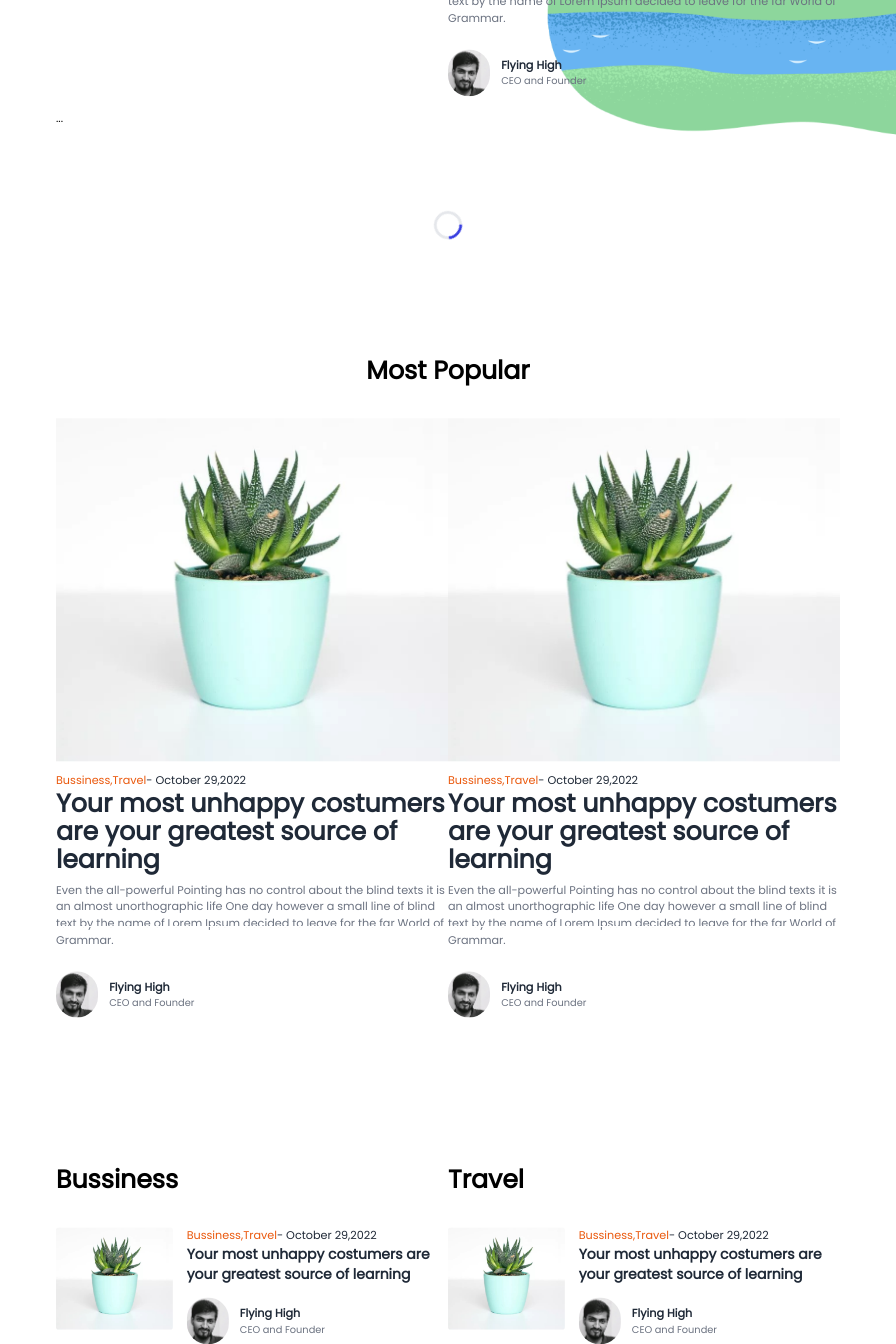
Repository: Abhi2359/Aayurgyan
Page: /
An editor plug-in stored every save of this project. The page is shown before and after the next save, followed by the edit.
The browser window is 1280 px wide. The pictures show the part of the page from y = 612 to 2532 px (the page is 4076 px tall before and 3948 px after), at 70% of full size.
The page's requests for data from a server got no answer. The project was rebuilt for these pictures with package versions that can differ from the ones it lists, and the page was loaded fresh each time. The framework's server and built-in components were replaced by stand-ins that run in the browser. No one was signed in, and anything a server would have sent is missing. Also part of the build but not shown: next.config.js.

Above is the page before, as saved 2022-11-13 18:55:44.

### styles/globals.css
@import url('https://fonts.googleapis.com/css2?family=Poppins&family=Roboto:wght@300;400;500;700;900&display=swap');

@tailwind base;
@tailwind components;
@tailwind utilities;



*>*{
  font-family: 'Poppins', sans-serif;
}
a {
  color: inherit;
  text-decoration: none;
}

* {
  box-sizing: border-box;
}

.input-text{
  @apply mt-1 block w-60 px-3 py-2 bg-white border border-slate-300 rounded-full text-sm shadow-sm placeholder-slate-500;
  @apply focus:outline-none focus:border-sky-500 focus:ring-1 focus:ring-sky-500
}

.loader{
  @apply border-gray-200 rounded-full border-4 ease-linear h-10 w-10;
  border-top-color: #363ce0;
  animation: spinner 1.2s linear infinite;
}

@keyframes spinner{
  0%{transform: rotate(0deg);  }
  100%{transform: rotate(360deg);}
}

### layout/format.js
import Header from "../components/Header"
import Footer from "../components/footer"
import Head from "next/head"


export default function Format({children}){
    return(
       <>
       <Head>
        <title>Blog</title>
       </Head>
       <Header></Header>
       <main>{children}</main>
       <Footer></Footer>
       </>
    )
}

### components/section1.js
import Image from 'next/image'
import Link from 'next/link'
import Author from './_child/author'
import { Swiper, SwiperSlide } from 'swiper/react';
import SwiperCore ,{Autoplay} from 'swiper';
import 'swiper/css';



export default function Section1() {

    SwiperCore.use([Autoplay])


    const bg={
        background:"url('/images/banner.png') no-repeat",
        backgroundPosition:"right"
    }



  return (
    <section className="py-16 "style={bg}>
   <div className="container mx-auto md:px-20">
    <h1 className="font-bold text-4xl pb-12 text-center">Trending</h1>
    <Swiper

      slidesPerView={1}
      loop={true}
      autoplay={
        {
            delay:5000
        }
      }

    >
      <SwiperSlide>  {Slide( )}</SwiperSlide>
      <SwiperSlide>  {Slide( )}</SwiperSlide>
      <SwiperSlide>  {Slide( )}</SwiperSlide>
      <SwiperSlide>  {Slide( )}</SwiperSlide>
      <SwiperSlide>  {Slide( )}</SwiperSlide>

      ...
    </Swiper>



   </div>
    </section>
  )
}

function Slide(){
    return(
        <div className="grid md:grid-cols-2">
           <div className="image"  >
            <Link href={"/"}>  <Image src={"/images/tulsi.jpg"}  width={600} height={600}/></Link>

           </div>
           <div className="info flex justify-center flex-col">
            <div className="cat">
                <Link href={"/"} className="text-orange-600 hover:text-orange-800">Bussiness,Travel</Link>
                <Link href={"/"} className="text-gray-800 hover:text-gray-600">- October 29,2022</Link>
            </div>
            <div className='title'>
        <Link href={"/"} className="text-3xl md:text-6xl font-bold text-gray-800 hover:text-gray-600">Your most unhappy costumers are your greatest source of learning</Link>
            </div>
            <p className='text-gray-500  py-3'>
            Even the all-powerful Pointing has no control about the blind texts it is an almost unorthographic life One day however a small line of blind
            text by the name of Lorem Ipsum decided to leave for the far World of Grammar.
            </p>
            <Author></Author>
           </div>
        </div>
    )
}

### components/section2.js
import Link from 'next/link'
import Image from 'next/image'
import Author from './_child/author'
import fetcher from '../lib/fetcher'
import Spinner from './_child/spinner'



export default function Section2() {
  const{data,isLoading,isError}=fetcher('api/posts')

  if(true) return <Spinner></Spinner>;
  if(isError) return <div>Error</div>

  return (
    <section className="container mx-auto md:px-20 py-10">
    <h1 className="font-bold text-4xl py-12 text-center">Latest Posts</h1>

    {/* grid columns */}
    <div className="grid md:grid-cols-2 lg:grid-cols-3 gap-14">
    {
                data.map((value, index) => (
                    <Post data={value} key={index}></Post>
                ))
            }
    </div>
    </section>
  )
}


function Post({data}) {

  const{id,title,category,img,published,author}=data;

    return(
      <div className="item">
        <div className="images">
        <Link href={"/"}>  <Image src={img || "/"}  width={500} height={350} className="rounded"/></Link>
        </div>
        <div className="info flex justify-center flex-col py-4">
        <div className="cat">
                <Link href={"/"} className="text-orange-600 hover:text-orange-800">{category ||"Unknown"}</Link>
                <Link href={"/"} className="text-gray-800 hover:text-gray-600">-{published ||"Unknown"}</Link>
            </div>
            <div className='title'>
        <Link href={"/"} className="text-xl  font-bold text-gray-800 hover:text-gray-600">{title ||"Title"}</Link>
            </div>
            <p className='text-gray-500  py-3'>
            Even the all-powerful Pointing has no control about the blind texts it is an almost unorthographic life One day however a small line of blind
            text by the name of Lorem Ipsum decided to leave for the far World of Grammar.
            </p>
            {author? <Author></Author>:<></>}
        </div>
      </div>
    )
}

### components/section3.js

import { Swiper ,SwiperSlide } from 'swiper/react';
import Link from 'next/link'
import Image from 'next/image'
import Author from './_child/author'
export default function Section3() {
  return (
    <section className="container mx-auto md:px-20 py-16">
        <h1 className="font-bold text-4xl py-12 text-center">Most Popular</h1>

        {/* Swiper */}
     <Swiper  slidesPerView={2}
     >


      <SwiperSlide>{Post()}</SwiperSlide>
      <SwiperSlide>{Post()}</SwiperSlide>
      <SwiperSlide>{Post()}</SwiperSlide>
      <SwiperSlide>{Post()}</SwiperSlide>
      <SwiperSlide>{Post()}</SwiperSlide>
     </Swiper>
    </section>
  )
}



function Post() {
  return(
    <div className="grid">
      <div className="images">
      <Link href={"/"}>  <Image src={"/images/img1.jpg"}  width={600} height={400} /></Link>
      </div>
      <div className="info flex justify-center flex-col py-4">

          <div className="cat">
              <Link href={"/"} className="text-orange-600 hover:text-orange-800">Bussiness,Travel</Link>
              <Link href={"/"} className="text-gray-800 hover:text-gray-600">- October 29,2022</Link>
          </div>
          <div className='title'>
      <Link href={"/"} className="text-3xl md:text-4xl font-bold text-gray-800 hover:text-gray-600">Your most unhappy costumers are your greatest source of learning</Link>
          </div>
          <p className='text-gray-500  py-3'>
          Even the all-powerful Pointing has no control about the blind texts it is an almost unorthographic life One day however a small line of blind
          text by the name of Lorem Ipsum decided to leave for the far World of Grammar.
          </p>
          <Author></Author>
      </div>
    </div>
  )
}

### components/section4.js
import Link from 'next/link'
import Image from 'next/image'
import Author from './_child/author'

export default function Section4() {
  return (
    <section className="container mx-auto md:px-20 py-16">
       <div className="grid lg:grid-cols-2">
        <div className="item">
        <h1 className="font-bold text-4xl py-12 ">Bussiness</h1>
        <div className="flex flex-col gap-6">
           {Post()}
           {Post()}
           {Post()}
           {Post()}
           {Post()}
        </div>

        </div>
        <div className="item">
        <h1 className="font-bold text-4xl py-12 ">Travel</h1>
           {Post()}
           {Post()}
           {Post()}
           {Post()}
           {Post()}

        </div>
       </div>
    </section>
  )
}


function Post(){
    return(
        <div className="flex gap-5">
       <div className="image flex flex-col justify-start">
       <Link href={"/"}>  <Image src={"/images/img1.jpg"}  width={300} height={250}  className="rounded"/></Link>
       </div>
       <div className="info flex justify-center flex-col">
       <div className="cat">
              <Link href={"/"} className="text-orange-600 hover:text-orange-800">Bussiness,Travel</Link>
              <Link href={"/"} className="text-gray-800 hover:text-gray-600">- October 29,2022</Link>
          </div>
          <div className='title'>
      <Link href={"/"} className="text-xl  font-bold text-gray-800 hover:text-gray-600">Your most unhappy costumers are your greatest source of learning</Link>
          </div>
          <Author></Author>
    </div>
        </div>
    )
}

### components/Header.js
import { ImFacebook, ImTwitter, ImYoutube } from "react-icons/im";
import Link from 'next/link'

export default function header() {
  return (
    <header className="bg-gray-50">
        <div className="xl:container xl:mx-auto flex flex-col items-center sm:flex-row sm:justify-between text-center py-3">
            <div className="md:flex-none w-96 order-2 sm:order-1 flex justify-center py-4 sm:py-0">
                <input type="text" className="input-text"  placeholder="Search..."/>
            </div>
            <div className="shrink w-80 sm:order-2">
                <Link href={"/"} className="font-bold uppercase text-3xl">
                    Design
                </Link>
            </div>
            <div className="w-96 order-3 flex justify-center">
                <div className="flex gap-6">
                    <Link href={"/"}><ImFacebook color="#888888" /></Link>
                    <Link href={"/"}><ImTwitter color="#888888" /></Link>
                    <Link href={"/"}><ImYoutube color="#888888" /></Link>
                </div>
            </div>
        </div>
    </header>
  )
}

### components/footer.js
import { ImFacebook, ImTwitter, ImYoutube } from "react-icons/im";
import Link from 'next/link'
import Newsletter from './_child/newsletter';

export default function Footer() {
  const bg={
    backgroundImage:"url('/images/footer.png') ",
    backgroundRepeat:"no-repeat",
    backgroundPosition:"bottom left"
}


  return (
    <footer className="bg-gray-50" style={bg}>
      <Newsletter></Newsletter>
  <div className="container mx-auto flex justify-center py-12">
   <div className="py-5">
    <div className="flex gap-6 justify-center">
                   <Link href={"/"}><ImFacebook color="#888888" /></Link>
                    <Link href={"/"}><ImTwitter color="#888888" /></Link>
                    <Link href={"/"}><ImYoutube color="#888888" /></Link>
    </div>
        <p className="py-5 text-gray-400">Copyright ©2022 All rights reserved | This template is made with  by Daily Tuition</p>
         <p className="text-gray-400 text-center">Terms & Condition</p>
   </div>
  </div>

    </footer>

  )
}

### components/_child/author.js
import Image from "next/image"
import Link from "next/link"

export default function Author() {
  return (
    <div className="author flex py-5">
       <Image src={"/Images/author/me.jpg"} width={60} height={60}className="rounded-full" ></Image>
       <div className="flex flex-col justify-center px-4">
        <Link href={"/"} className="text-md font-bold text-gray-800 hover:text-gray-600">Flying High</Link>
        <span className="text-sm text-gray-500"> CEO and Founder</span>
       </div>

    </div>
  )
}

### lib/fetcher.js
import useSWR from "swr"
const baseURL ="http://localhost:3000/";

const response = (...args) => fetch(...args).then(res => res.json())


export default function fetcher(endpoint){
const {data,error} =useSWR(`${baseURL}${endpoint}`,response)

return{
    data:data,
    isLoading:!error &&!data,
    isError:error
}

}

### components/_child/spinner.js
export default function Spinner(){
    return(
        <div className="flex justify-center py-14">
      <span className="loader"></span>
        </div>
    )
}

### components/_child/newsletter.js
export default function Newsletter(){
    return(
 <section className="bg-gray-50 mt-20">
   <div className="container mx-auto md:px-20 py-16 text-center">
     <h1 className="font-bold text-3xl">Subscribe Newsletter</h1>
     <div className="py-4">
    <input type="text" className="shadow border rounded w-9/12 py-3 px-3 text-gray-700 focus:outline-none focus:shadow-outline" placeholder="Enter your Email address"/>
     </div>
     <button className="bg-orange-400 px-20 py-3 rounded-full text-gray-50 text-xl">
     Subscribe
     </button>
   </div>
 </section>


    )


}

### tailwind.config.js
/** @type {import('tailwindcss').Config} */
module.exports = {
  content: [
    "./app/**/*.{js,ts,jsx,tsx}",
    "./pages/**/*.{js,ts,jsx,tsx}",
    "./components/**/*.{js,ts,jsx,tsx}",
  ],
  theme: {
    extend: {},
  },
  plugins: [],
}

Loaded but not shown: pages/_app.js (common file); pages/index.js (common file)

After the next save:
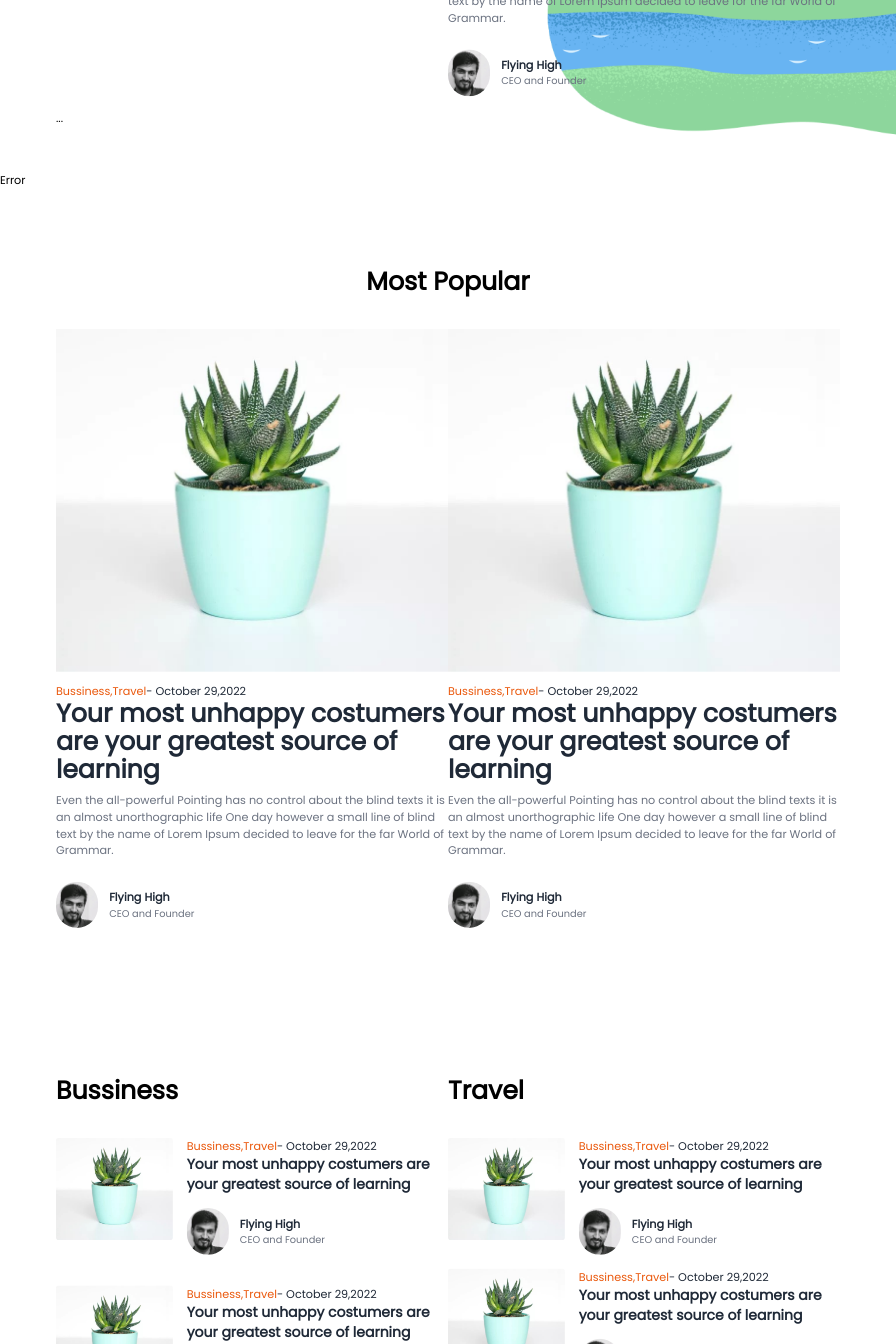
Saved 48 s later.
--- a/components/section2.js
+++ b/components/section2.js
@@ -9,7 +9,7 @@ import Spinner from './_child/spinner'
 export default function Section2() {
   const{data,isLoading,isError}=fetcher('api/posts')
 
-  if(true) return <Spinner></Spinner>;
+  if(isLoading) return <Spinner></Spinner>;
   if(isError) return <div>Error</div>
 
   return (
